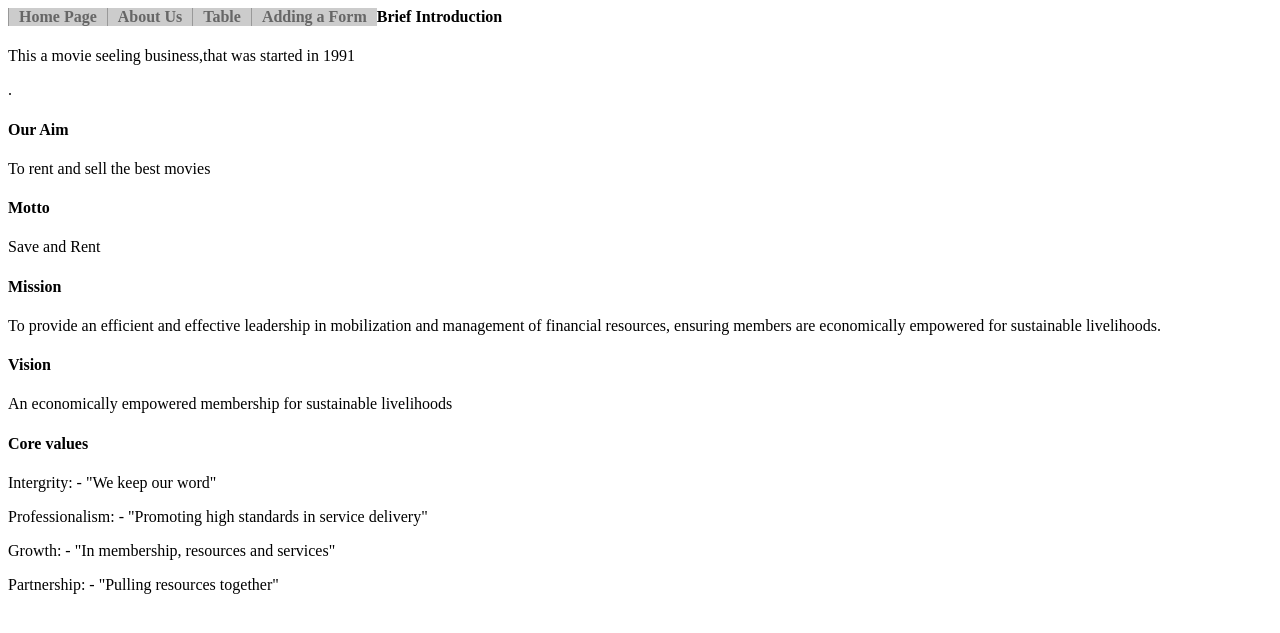
Repository: nellyk/Thephpsite
Page: http://localhost/
The author's editor kept a record of every edit. The page is drawn from the files as they stood at one moment, then again after the next edit.
The browser window is 1280 px wide. The pictures show the whole page.
The page is run by PHP 8.4 with error messages shown; the project is at /var/www/html/.

Above is the page before.

### index.php
<html>
<head>
<title>Website</title>
		<link rel="stylesheet"type="text/css"href="style.css">
</head>
<body>
<div id="navigation">
    <ul>
        <li><a href="#">Home Page</a></li>
        <li><a href="aboutus.php">About Us</a></li>
        <li><a href="view_table.php">Table</a></li>
        <li><a href="add_data.php">Adding a Form</a></li>
    </ul>
</div>
<h4>Brief Introduction</h4>
<p>This a movie seeling business,that was started in 1991</p>.</p>
<h4>Our Aim</h4>
<p>To rent and sell the best movies</p>
<h4>Motto</h4>
<p>Save and Rent</p>
<h4>Mission</h4>
<p>To provide an efficient and effective leadership in mobilization and management of financial resources, ensuring members are economically empowered for sustainable livelihoods.</p>
<h4>Vision</h4>
<p>An economically empowered membership for sustainable livelihoods</p>
<h4>Core values</h4>
<p>Intergrity: - &quot;We keep our word&quot;</p>
<p>Professionalism: - &quot;Promoting high standards in service delivery&quot;</p>
<p>Growth: - &quot;In membership, resources and services&quot;</p>
<p>Partnership: - &quot;Pulling resources together&quot;</p>

</body>
</html>

### style.css
/*
Styling sheet
*/

#navigation ul {
    list-style: none;
    margin: 0;
    padding: 0;
}

#navigation li {
    background: #ccc;
    border-left: 1px solid #999;
    float: left;
    margin: 0;
    padding: 0;
}

#navigation a {
    color: #666;
    font-weight: bold;
    padding: 5px 10px;
    text-decoration: none;
}

#navigation a:hover {
    color: #333;
}

#navigation #currentpage a {
    background: #fff;
    color: #333;
}

After the next edit:
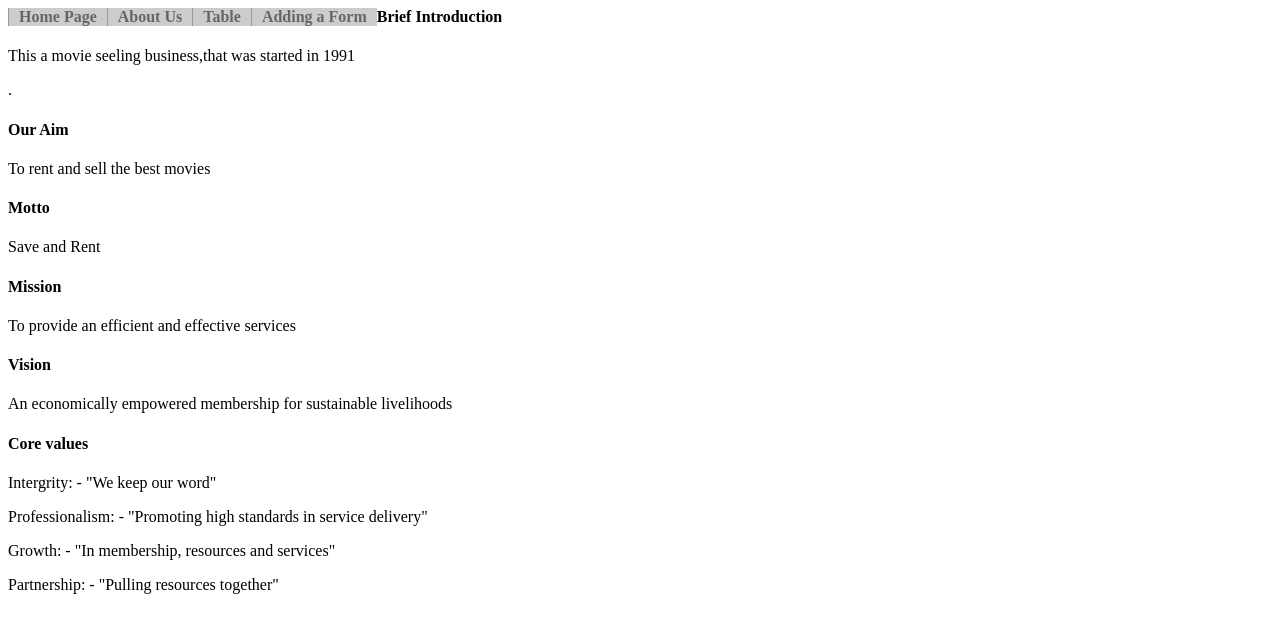
The edit:
--- a/index.php
+++ b/index.php
@@ -19,7 +19,7 @@
 <h4>Motto</h4>
 <p>Save and Rent</p>
 <h4>Mission</h4>
-<p>To provide an efficient and effective leadership in mobilization and management of financial resources, ensuring members are economically empowered for sustainable livelihoods.</p>
+<p>To provide an efficient and effective services</p>
 <h4>Vision</h4>
 <p>An economically empowered membership for sustainable livelihoods</p>
 <h4>Core values</h4>
